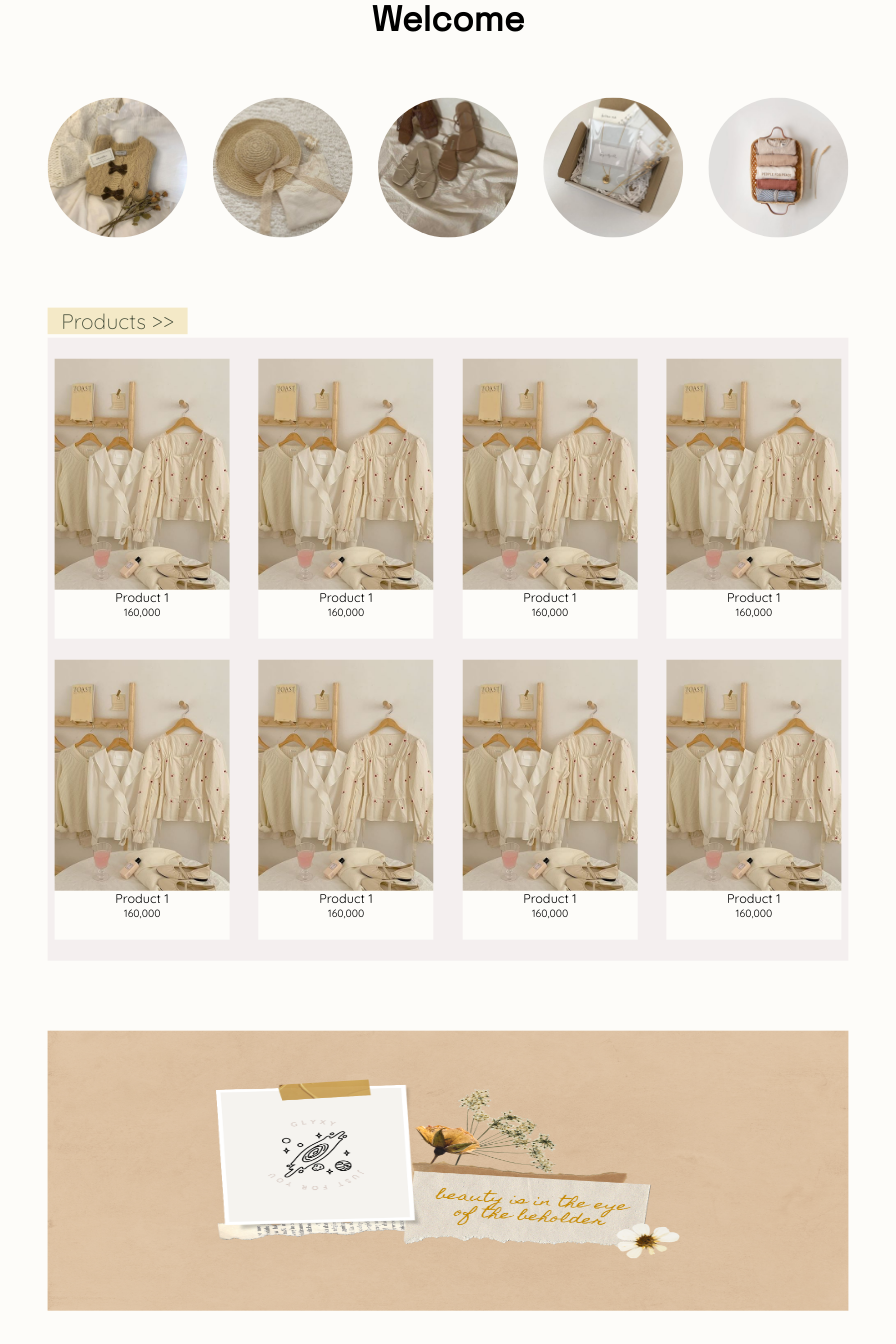
Repository: nganha241/store
Page: index.html
These files come from the project's save history. The page is drawn as it stood at one moment and after the next save; the edit follows.
The browser window is 1280 px wide. The pictures show the part of the page from y = 989 to 2909 px (the page is 2909 px tall), at 70% of full size.
Some web libraries are served in a nearby version.

Above is the page before, as saved 2022-04-16 20:30:01.

After the next save:
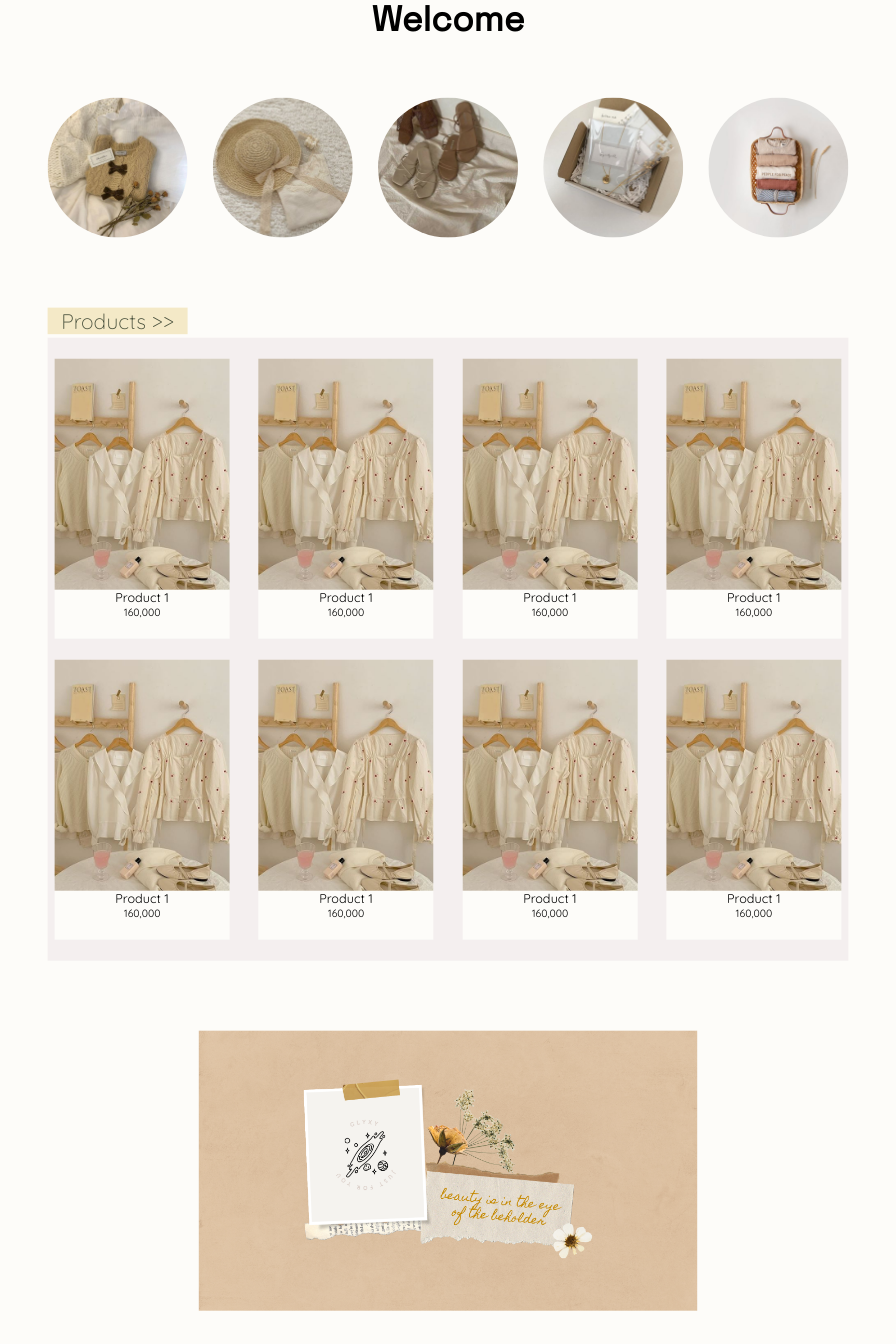
Saved 7 s later.
--- a/style.css
+++ b/style.css
@@ -260,4 +260,5 @@ li {
 .about-img img{
     width: 100%;
     height: 100%;
-}
+    object-fit: contain;
+}
